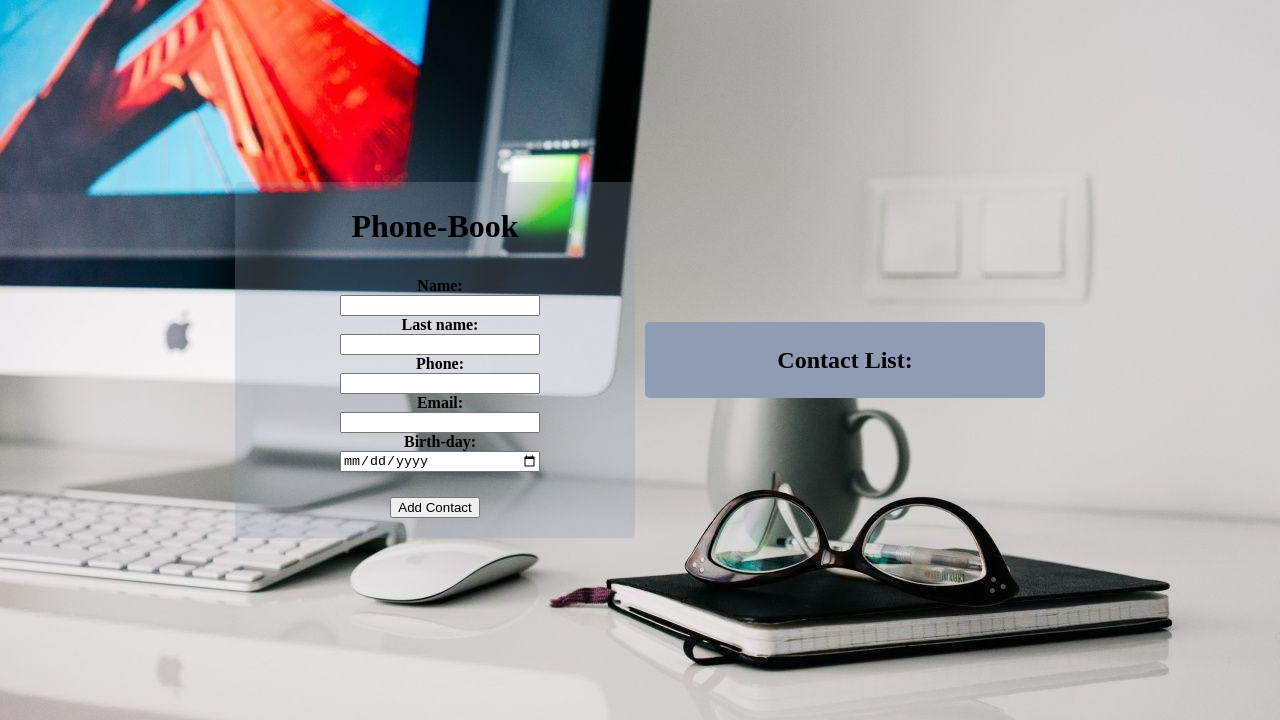
Repository: STA1357/Phone-book
Page: Inner.html
The author's editor kept a copy of each file at every save. The page is drawn from the files as they stood at one save, then again after the next save.
The browser window is 1280 px wide. The pictures show the whole page.

Above is the page before, as saved 2020-12-10 11:51:32.

After the next save:
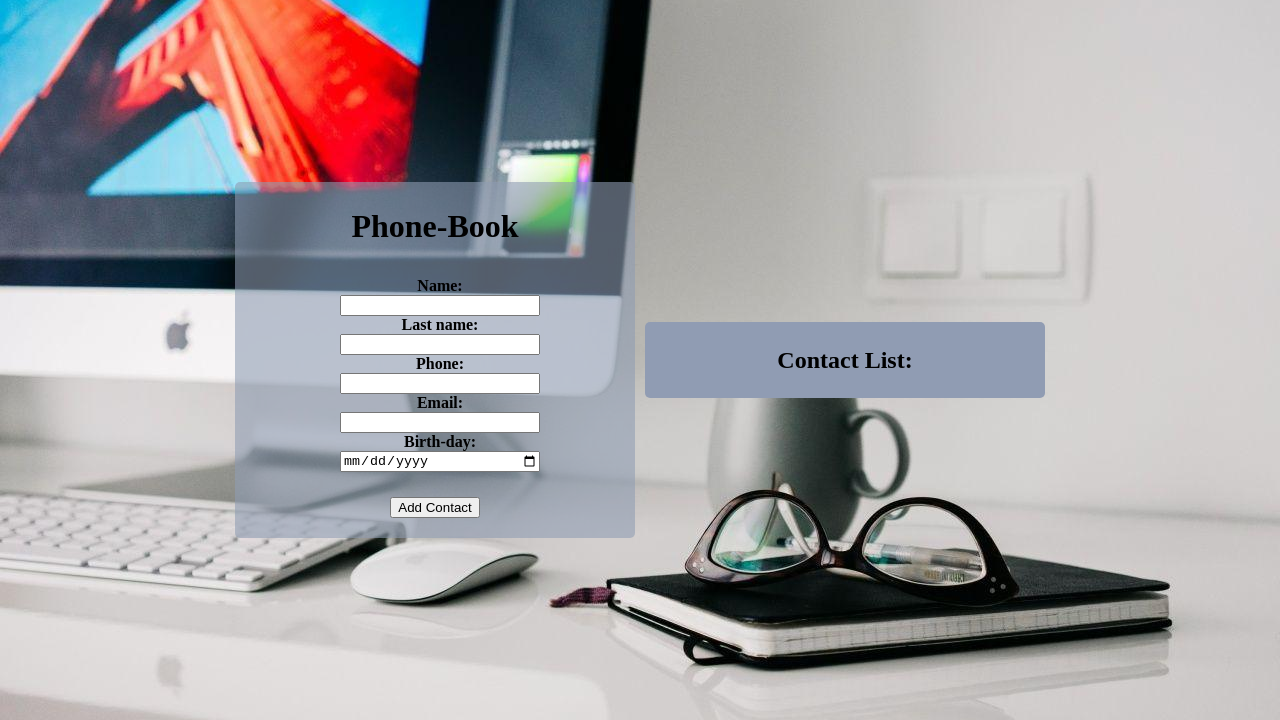
Saved 15 s later.
--- a/styles.css
+++ b/styles.css
@@ -16,7 +16,7 @@ body{
 
 form{
 
-    background-color: rgba(144, 156, 179, 0.287);
+    background-color: rgba(144, 156, 179, 0.589);
     width: 400px;
     max-width: 100%;
     margin-right: 10px;
